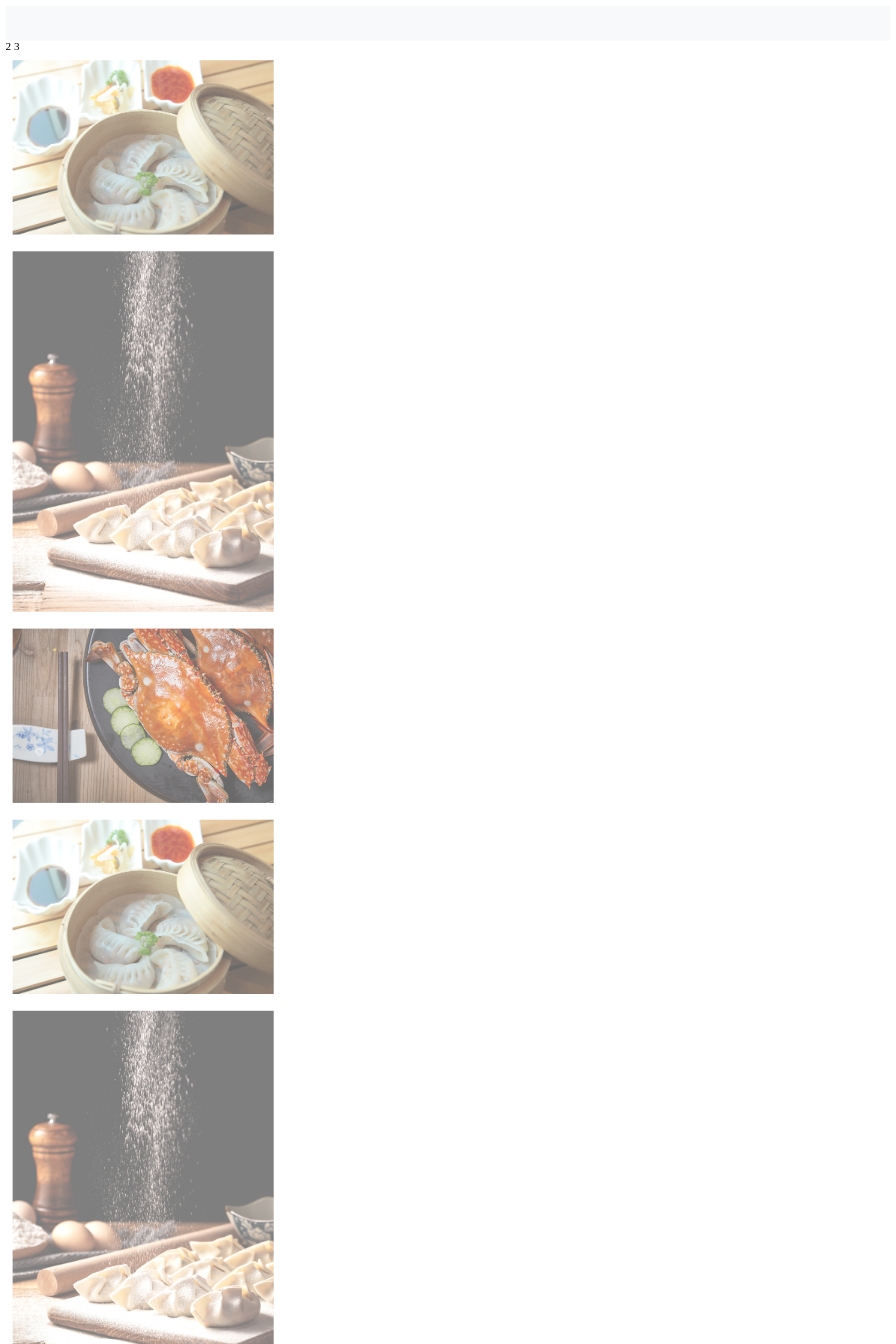
Repository: gyfffffff/meishimeike_test
Page: meishimeike/test.html
The author's editor kept a copy of each file at every save. The page is drawn from the files as they stood at one save, then again after a run of saves.
The browser window is 1280 px wide. The pictures show the part of the page from y = 0 to 1920 px (the page is 3339 px tall before and 3345 px after), at 70% of full size.

Above is the page before, as saved 2023-07-13 18:01:12.

### meishimeike/test.html
<!DOCTYPE html>
<html lang="en">

<head>
    <meta charset="UTF-8">
    <meta name="viewport" content="width=device-width, initial-scale=1.0">
    <style>
        /* 设置顶部导航栏样式 */
        .navbar {
            background-color: #f8f9fa;
            height: 50px;
        }

        /* 设置图片容器样式 */
        .image-container {
            position: relative;
            display: inline-block;
            margin: 10px;
        }

        /* 设置图片样式 */
        .image-container img {
            display: block;
            width: 30%;
            opacity: 0.6;
            transition: opacity 0.3s ease-in-out;
        }

        /* 设置鼠标悬停时的透明度 */
        .image-container:hover img {
            opacity: 0.4;
        }

        /* 设置覆盖在图片上的DIV样式 */
        .image-container .overlay {
            position: absolute;
            top: 0;
            left: 0;
            width: 30%;
            height: 100%;
            background-color: rgba(0, 0, 0, 0.5);
            /* 调整颜色和透明度 */
            display: flex;
            align-items: center;
            justify-content: center;
            color: #fff;
            font-size: 24px;
            text-align: center;
            opacity: 0;
            transition: opacity 0.3s ease-in-out;
        }

        /* 设置鼠标悬停时覆盖层的透明度 */
        .image-container:hover .overlay {
            opacity: 1;
        }
    </style>
    <title>Image Waterfall Layout</title>
</head>

<body>
    <nav class="navbar">
        <!-- 导航栏内容 -->
    </nav>

    <thead>
        <tr>
            <th><div>

            </div></th>
            <th>2</th>
            <th>3</th>
        </tr>
    </thead>
    <tbody>
        <tr class="colum">
            <td>
                <div class="image-container">
                    <img src="../images/dimsum-gdc2119ebe_1280.jpg" alt="Image 1">
                    <div class="overlay">Overlay Content</div>
                </div>
            </td>
            <td>
                <div class="image-container">
                    <img src="../images/dumplings-ga37414565_1920.jpg" alt="Image 2">
                    <div class="overlay">Overlay Content</div>
                </div>
            </td>
            <td>
                <div class="image-container">
                    <img src="../images/seafood-g05eaec168_1920.jpg" alt="Image 3">
                    <div class="overlay">Overlay Content</div>
                </div>
            </td>
        </tr>
                <tr class="colum">
                    <td>
                        <div class="image-container">
                            <img src="../images/dimsum-gdc2119ebe_1280.jpg" alt="Image 1">
                            <div class="overlay">Overlay Content</div>
                        </div>
                    </td>
                    <td>
                        <div class="image-container">
                            <img src="../images/dumplings-ga37414565_1920.jpg" alt="Image 2">
                            <div class="overlay">Overlay Content</div>
                        </div>
                    </td>
                    <td>
                        <div class="image-container">
                            <img src="../images/seafood-g05eaec168_1920.jpg" alt="Image 3">
                            <div class="overlay">Overlay Content</div>
                        </div>
                    </td>
                </tr>
                <tr class="colum">
                    <td>
                        <div class="image-container">
                            <img src="../images/dimsum-gdc2119ebe_1280.jpg" alt="Image 1">
                            <div class="overlay">Overlay Content</div>
                        </div>
                    </td>
                    <td>
                        <div class="image-container">
                            <img src="../images/dumplings-ga37414565_1920.jpg" alt="Image 2">
                            <div class="overlay">Overlay Content</div>
                        </div>
                    </td>
                    <td>
                        <div class="image-container">
                            <img src="../images/seafood-g05eaec168_1920.jpg" alt="Image 3">
                            <div class="overlay">Overlay Content</div>
                        </div>
                    </td>
                </tr>
    </tbody>






    <!-- 更多图片容器 -->

</body>

</html>

After the next 3 saves:
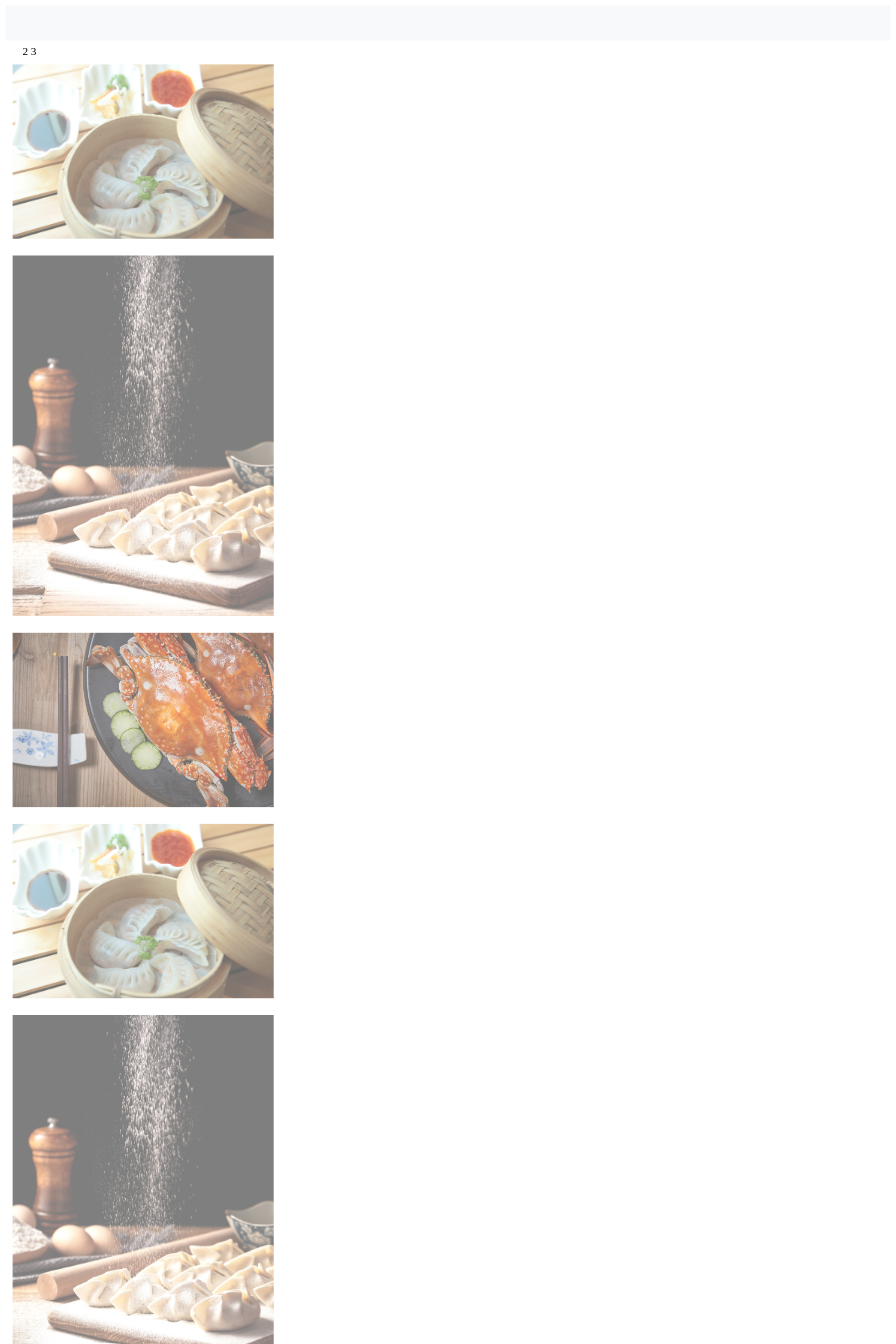
The 3 saves are shown as one change because they came seconds apart.
The last was saved 12 s later.
--- a/meishimeike/test.html
+++ b/meishimeike/test.html
@@ -65,7 +65,7 @@
 
     <thead>
         <tr>
-            <th><div>
+            <th><div class="image-container">
 
             </div></th>
             <th>2</th>
